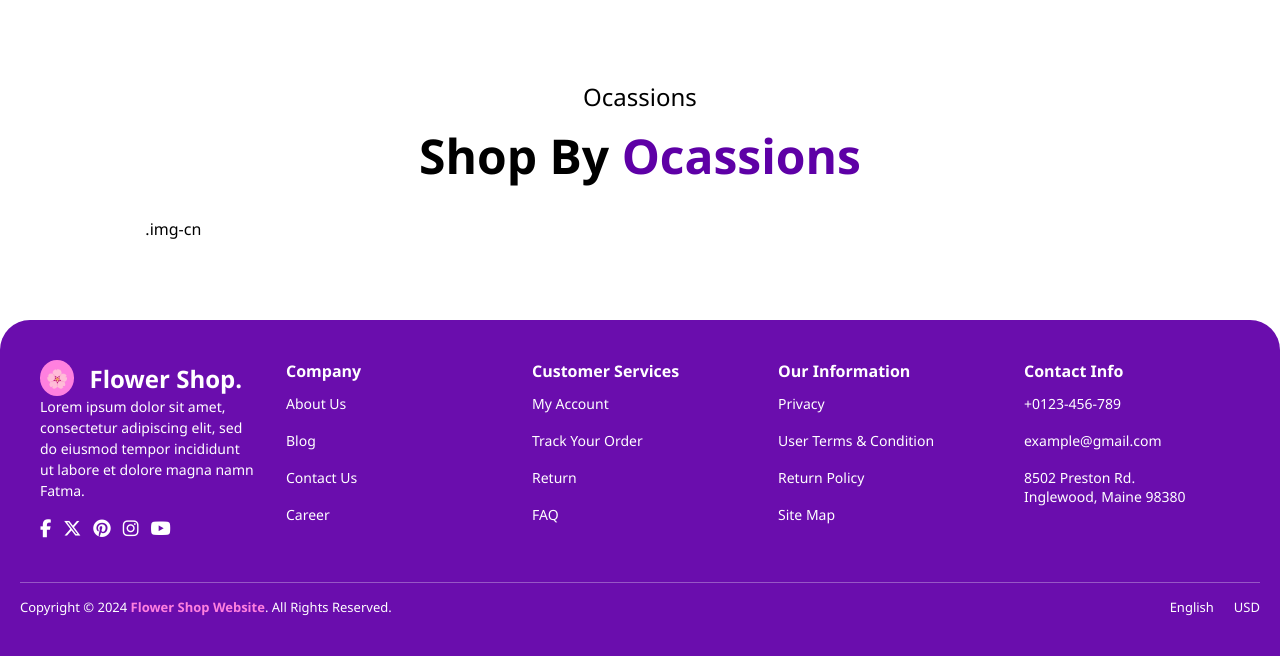
Repository: HabibaYossre/BellaFlora-Store
Page: / (app in client/)
These files come from the project's save history. The page is drawn as it stood at one moment and after the next save; the edit follows.
The browser window is 1280 px wide. The pictures show the part of the page from y = 719 to 1375 px (the page is 1375 px tall before and 1353 px after).
The project was rebuilt for these pictures with package versions that can differ from the ones it lists, and the page was loaded fresh each time. Also part of the build but not shown: client/src/components/registration/Login.js, client/src/components/registration/SignUp.js, client/src/components/home/Home.css, client/src/components/Subscribe/Subscribe.css, client/src/components/Subscribe/Subscribe.js, client/src/components/Marquee/Marquee.css, client/src/components/Marquee/Marquee.js, client/src/components/Shipping/Shipping.css and 34 more.

Above is the page before, as saved 2025-08-31 01:28:15.

After the next save:
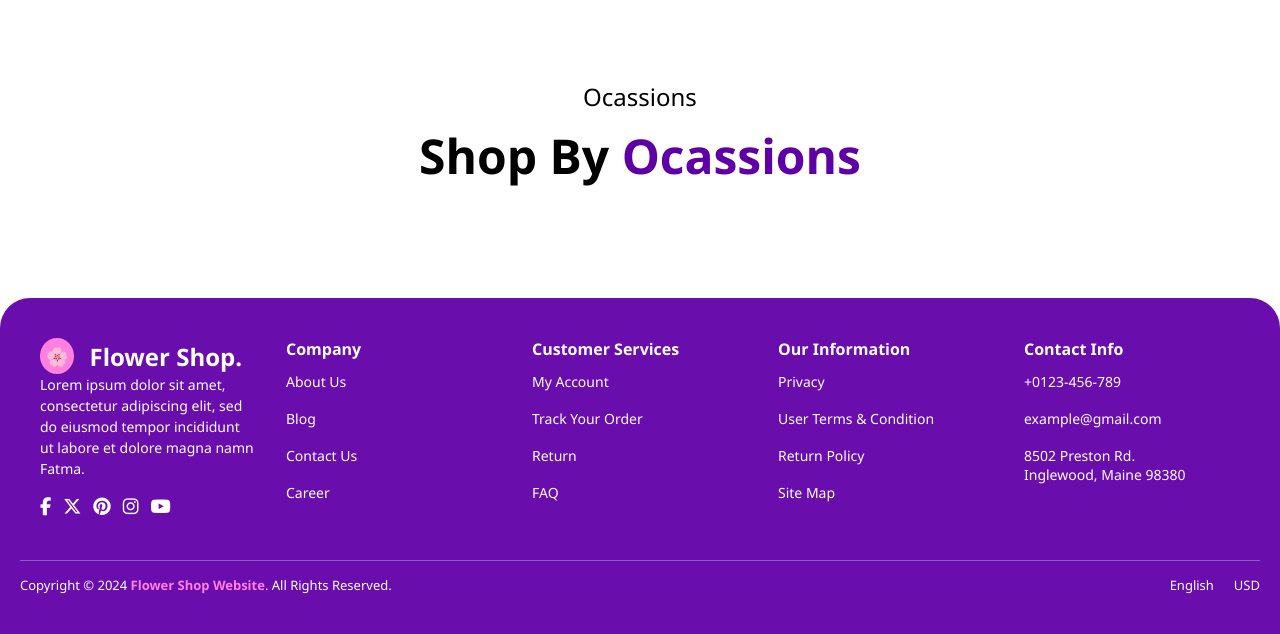
Saved 6 s later.
--- a/client/src/components/occasions/Ocassions.js
+++ b/client/src/components/occasions/Ocassions.js
@@ -10,7 +10,7 @@ function Ocassions() {
 
       <div className="ocassions-types">
         <div className="ocasssion">
-            .img-cn
+            <div className="-container"></div>
         </div>
       </div>
     </div>
